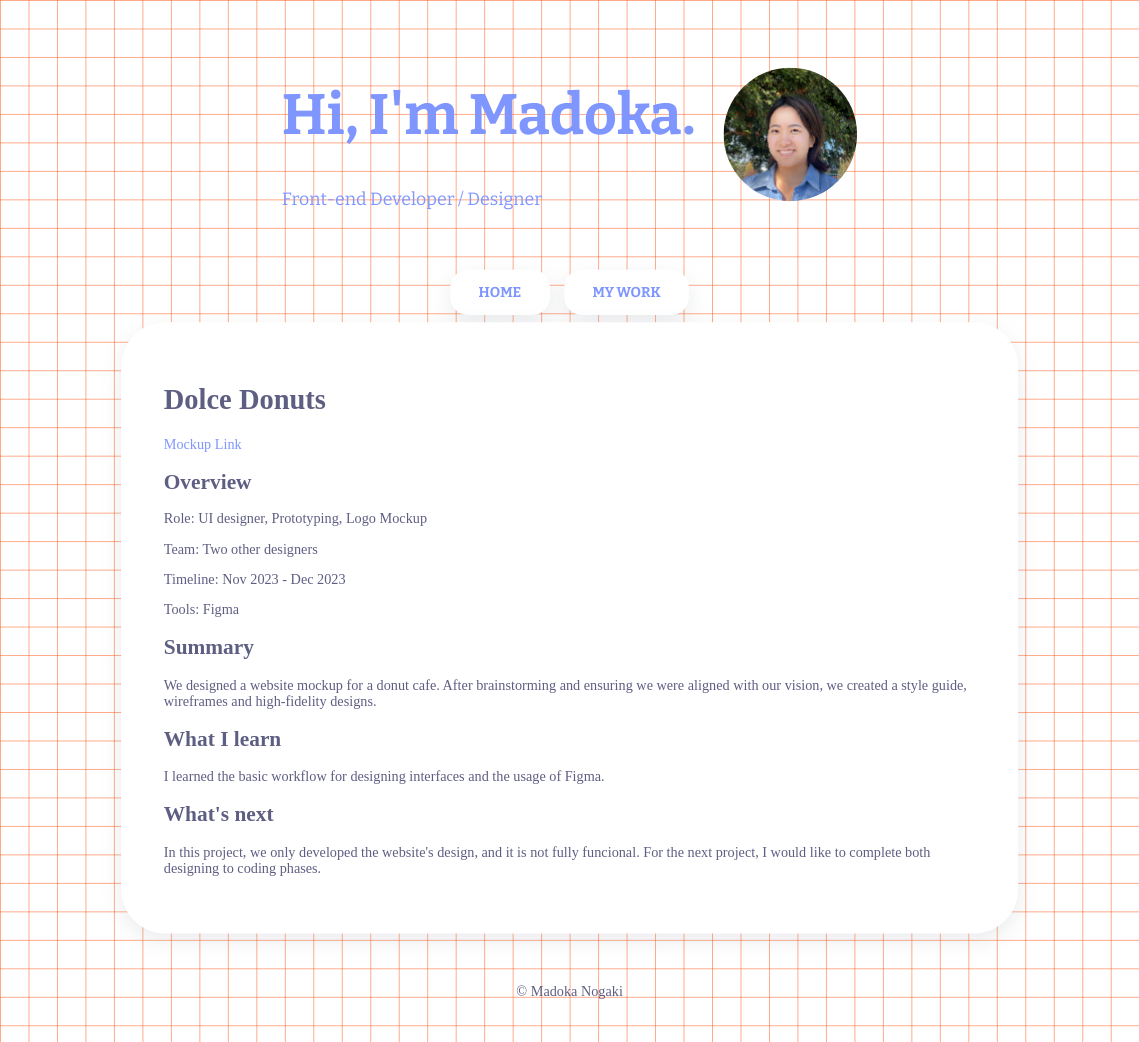
Repository: ohmaruko/portfolio
Page: /links/dolcedonuts
An editor plug-in stored every save of this project. The page is shown before and after the next save, followed by the edit.
The browser window is 1280 px wide. The pictures show the whole page, at 89% of full size.
The project was rebuilt for these pictures with package versions that can differ from the ones it lists, and the page was loaded fresh each time. The framework's server and built-in components were replaced by stand-ins that run in the browser. Also part of the build but not shown: next.config.mjs.

Above is the page before, as saved 2024-02-18 01:10:30.

After the next save:
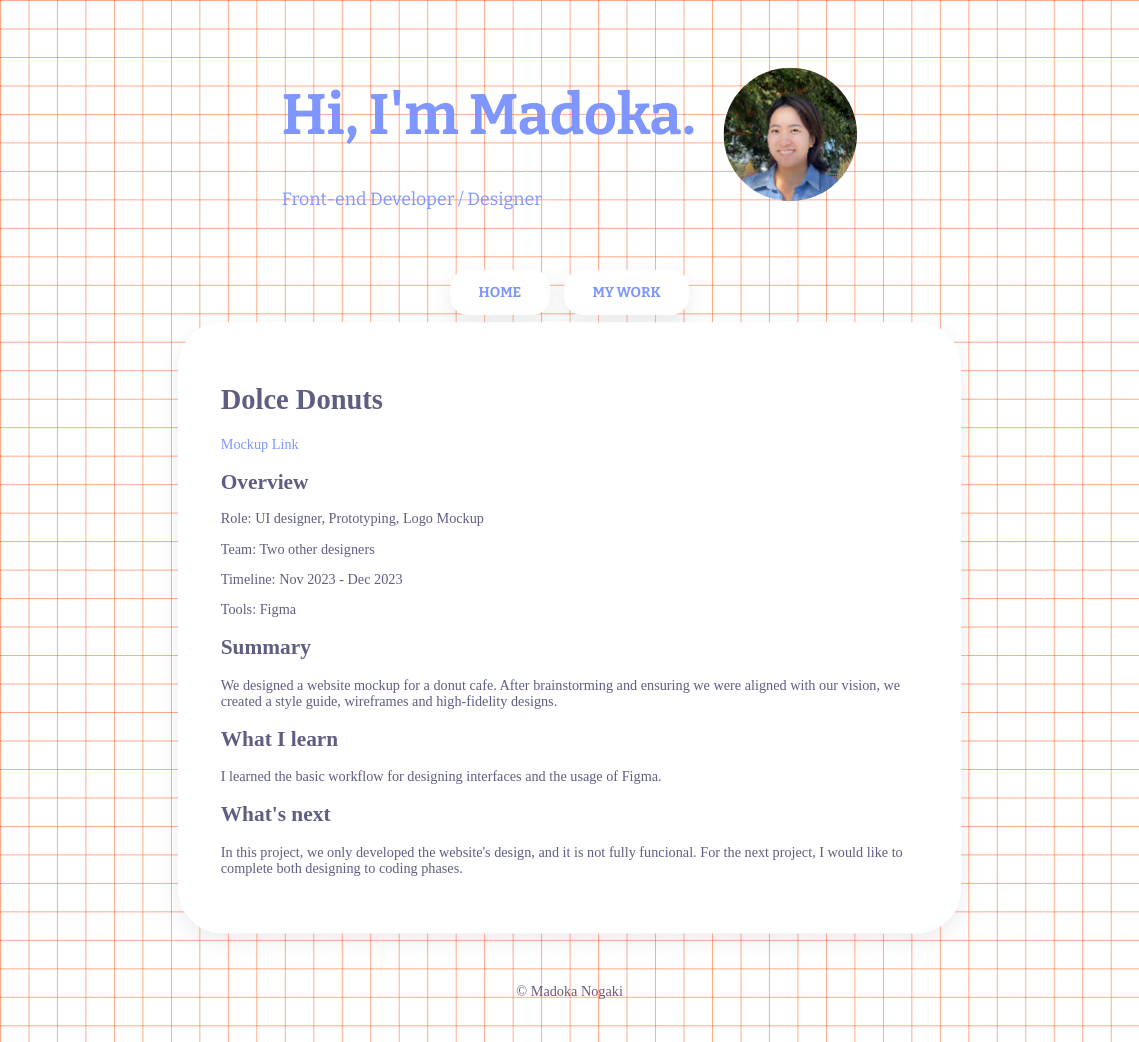
Saved 5 s later.
--- a/styles/Home.module.css
+++ b/styles/Home.module.css
@@ -47,7 +47,7 @@
   justify-content: center;
 }
 .donuts {
-  width: 80%;
+  width: 70%;
 }
 .hair h1{
   color: var(--blue);
